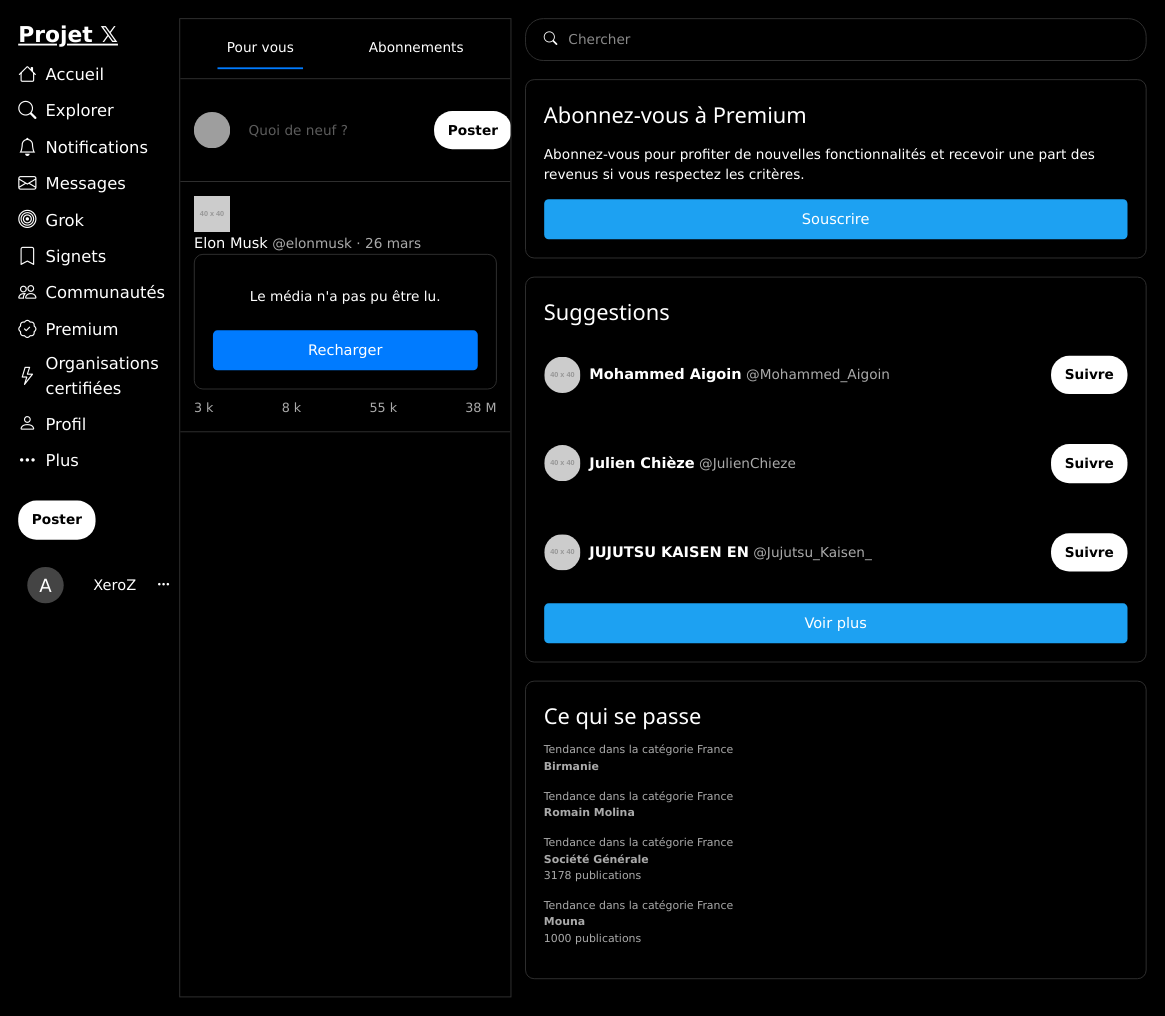
Repository: barriefl/ProjetX_BARRIER_MAULINE_MARQUES-FELIX_SERVONNET
Page: web/front/main.html
An editor plug-in stored every save of this project. The page is shown before and after a run of saves, followed by the edit.
The browser window is 1280 px wide. The pictures show the whole page, at 91% of full size.
Pictures or frames that could not be fetched are drawn as grey boxes.

Above is the page before, as saved 2025-03-31 09:58:16.

### web/front/main.html
<!DOCTYPE html>
<html lang="fr">
  <head>
    <meta charset="UTF-8" />
    <meta name="viewport" content="width=device-width, initial-scale=1.0" />
    <title>Projet &Xopf;</title>
    <link rel="icon" type="image/x-icon" href="image/twitter-x.svg" />
    <link rel="stylesheet" href="style/main.css" />
    <link rel="stylesheet" href="https://www.w3schools.com/w3css/5/w3.css" />
    <link
      rel="stylesheet"
      href="https://cdn.jsdelivr.net/npm/bootstrap-icons@1.5.0/font/bootstrap-icons.css"
    />
  </head>
  <body>
    <div class="left-sidebar">
      <div class="logo"><a href="/front/main.html">Projet &Xopf;</a></div>
      <ul class="menu">
        <li>
          <a href="/front/main.html"
            ><span class="icon"><i class="bi bi-house"></i></span> Accueil</a
          >
        </li>
        <li>
          <a href=""
            ><span class="icon"><i class="bi bi-search"></i></span>Explorer</a
          >
        </li>
        <li>
          <a href="#"
            ><span class="icon"><i class="bi bi-bell"></i></span>
            Notifications</a
          >
        </li>
        <li>
          <a href="#"
            ><span class="icon"><i class="bi bi-envelope"></i></span>Messages</a
          >
        </li>
        <li>
          <a href="#"
            ><span class="icon"><i class="bi bi-bullseye"></i></span> Grok</a
          >
        </li>
        <li>
          <a href="#"
            ><span class="icon"><i class="bi bi-bookmark"></i></span> Signets</a
          >
        </li>
        <li>
          <a href="#"
            ><span class="icon"><i class="bi bi-people"></i></span>
            Communautés</a
          >
        </li>
        <li>
          <a href="#"
            ><span class="icon"><i class="bi bi-patch-check"></i></span>
            Premium</a
          >
        </li>
        <li>
          <a href="#"
            ><span class="icon"><i class="bi bi-lightning"></i></span>
            Organisations certifiées</a
          >
        </li>
        <li>
          <a href="#"
            ><span class="icon"><i class="bi bi-person"></i></span> Profil</a
          >
        </li>
        <li>
          <a href="#"
            ><span class="icon"><i class="bi bi-three-dots"></i></span>Plus</a
          >
        </li>
      </ul>
      <button class="post-button">Poster</button>
      <div class="user-info">
        <span class="avatar">A</span>
        <span class="username">XeroZ</span>
        <span class="more-info"><i class="bi bi-three-dots"></i></span>
      </div>
    </div>
    <div class="container container-border">
      <!--  s -->
      <div class="tab-menu">
        <a href="#" class="active">Pour vous</a>
        <a href="#">Abonnements</a>
      </div>

      <!-- Header -->
      <div class="header">
        <img src="empty.png" alt="empty.png" />
        <input type="text" placeholder="Quoi de neuf ?" />
        <button class="post-button">Poster</button>
      </div>

      <!-- Post -->
      <div class="post">
        <div class="tweet-user-info">
          <img src="https://via.placeholder.com/40" alt="User Avatar" />
          <div>
            <span class="username">Elon Musk</span>
            <span style="color: #aaa">@elonmusk · 26 mars</span>
          </div>
        </div>
        <div class="content">
          <p>Le média n'a pas pu être lu.</p>
          <button class="button-blue">Recharger</button>
        </div>
        <div class="actions">
          <span>3 k</span>
          <span>8 k</span>
          <span>55 k</span>
          <span>38 M</span>
        </div>
      </div>
    </div>
    <div class="right-sidebar">
      <!-- Barre de recherche -->
      <div class="search-bar">
        <i class="bi bi-search"></i>
        <input type="text" placeholder="Chercher" />
      </div>

      <!-- Section Premium -->
      <div class="card">
        <h3>Abonnez-vous à Premium</h3>
        <p>
          Abonnez-vous pour profiter de nouvelles fonctionnalités et recevoir
          une part des revenus si vous respectez les critères.
        </p>
        <button class="button-blue">Souscrire</button>
      </div>

      <!-- Suggestions -->
      <div class="card">
        <h3>Suggestions</h3>
        <div class="suggestion">
          <img src="https://via.placeholder.com/40" alt="Avatar" />
          <div class="info">
            <span class="username">Mohammed Aigoin</span>
            <span class="handle">@Mohammed_Aigoin</span>
          </div>
          <button class="follow-button">Suivre</button>
        </div>
        <div class="suggestion">
          <img src="https://via.placeholder.com/40" alt="Avatar" />
          <div class="info">
            <span class="username">Julien Chièze</span>
            <span class="handle">@JulienChieze</span>
          </div>
          <button class="follow-button">Suivre</button>
        </div>
        <div class="suggestion">
          <img src="https://via.placeholder.com/40" alt="Avatar" />
          <div class="info">
            <span class="username">JUJUTSU KAISEN EN</span>
            <span class="handle">@Jujutsu_Kaisen_</span>
          </div>
          <button class="follow-button">Suivre</button>
        </div>
        <button class="button-blue">Voir plus</button>
      </div>

      <!-- Tendances -->
      <div class="card">
        <h3>Ce qui se passe</h3>
        <ul class="trends">
          <li>
            <span>Tendance dans la catégorie France</span>
            <span class="title">Birmanie</span>
          </li>
          <li>
            <span>Tendance dans la catégorie France</span>
            <span class="title">Romain Molina</span>
          </li>
          <li>
            <span>Tendance dans la catégorie France</span>
            <span class="title">Société Générale</span>
            <span>3178 publications</span>
          </li>
          <li>
            <span>Tendance dans la catégorie France</span>
            <span class="title">Mouna</span>
            <span>1000 publications</span>
          </li>
        </ul>
      </div>
    </div>
  </body>
</html>

### web/front/style/main.css
body {
    margin: 0;
    background-color: #000;
    color: white;
    padding: 0;
    display: flex;
    justify-content: center;
    padding: 20px;
}

.sidebar {
    width: 300px;
    height: 100vh;
    display: flex;
    flex-direction: column;
    padding: 0 20px;
    /* position: fixed; */
}

.logo {
    font-size: 24px;
    font-weight: bold;
}

.sidebar a {
    text-decoration: none;
    color: white;
    padding: 10px;
    width: fit-content;
    border-radius: 15px;
    transition: all 0.3s ease-in-out;
}

.sidebar a:hover, .user-info:hover {
    background-color: #333;
    text-decoration: none;
    color: white;
}

.menu {
    list-style: none;
    padding: 0;
    margin: 0;
}

.menu li {
    margin: 10px 0;
}

.menu a {
    text-decoration: none;
    color: white;
    display: flex;
    align-items: center;
    font-size: 18px;
}

.menu .icon {
    margin-right: 10px;
    font-size: 20px;
}

.post-button, .follow-button {
    margin: 20px 0;
    padding: 10px 15px;
    border-radius: 20px;
    border:none;
    cursor: pointer;
    font-weight: bold;
    background-color: white;
}

.post-button:hover {
    background-color: #ddd;
}

.button-blue {
    width: 100%;
    padding: 10px;
    font-size: 16px;
    background-color: #1da1f2;
    color: white;
    border: none;
    border-radius: 5px;
    cursor: pointer;
}

.button-blue:hover {
    background-color: #0d8ce0;
}

.user-info {
    display: flex;
    justify-content: space-between;
    align-items: center;
    padding: 10px;
    border-radius: 15px;
    cursor: pointer;
    transition: all;
}

.avatar {
    background-color: #444;
    width: 40px;
    height: 40px;
    display: flex;
    align-items: center;
    justify-content: center;
    border-radius: 50%;
    font-size: 20px;
    margin-right: 10px;
}

.username {
    font-size: 16px;
}

.container {
    width: 500px;
    overflow: hidden;
    margin-right: 15px;
}

.container-border {
    border: 1px solid #333;
}

.header {
    display: flex;
    align-items: center;
    padding: 15px;
    border-bottom: 1px solid #333;
}

.header img {
    width: 40px;
    height: 40px;
    border-radius: 50%;
    margin-right: 10px;
}

.header input {
    flex: 1;
    background: transparent;
    border: none;
    outline: none;
    padding: 10px;
    color: #fff;
}

.header input::placeholder {
    color: #aaa;
}

.post {
    padding: 15px;
    border-bottom: 1px solid #333;
}

.post .user-info {
    display: flex;
    align-items: center;
    margin-bottom: 10px;
}

.post .user-info img {
    width: 40px;
    height: 40px;
    border-radius: 50%;
    margin-right: 10px;
}

.post .user-info .username {
    font-weight: bold;
}

.post .content {
    border: solid 1px #333;
    border-radius: 10px;
    padding: 20px;
    text-align: center;
}

.post .content button {
    background-color: #007bff;
    color: #fff;
    border: none;
    border-radius: 5px;
    padding: 10px 20px;
    margin-top: 10px;
    cursor: pointer;
}

.post .actions {
    display: flex;
    justify-content: space-between;
    margin-top: 10px;
    font-size: 14px;
    color: #aaa;
}

.tab-menu {
    display: flex;
    justify-content: space-around;
    padding: 10px;
    border-bottom: 1px solid #333;
}

.tab-menu a {
    color: #fff;
    text-decoration: none;
    padding: 10px;
}

.tab-menu a.active {
    border-bottom: 2px solid #007bff;
}

 .search-bar {
     display: flex;
     padding: 10px 20px;
     margin-bottom: 20px;
     border-radius: 20px;
     border: 1px solid #333;
 }

 .search-bar input {
     flex: 1;
     background: transparent;
     border: none;
     outline: none;
     color: #ffffff;
 }

 .search-bar i {
     margin-right: 10px;
 }

 .card {
    border: 1px solid #333;
     border-radius: 10px;
     padding: 20px;
     margin-bottom: 20px;
 }

 .card h3 {
     margin-top: 0;
 }

 .card .button {
     display: inline-block;
     background-color: #007bff;
     color: #ffffff;
     text-decoration: none;
     padding: 10px 20px;
     border-radius: 20px;
     margin-top: 10px;
     text-align: center;
 }

 .suggestion {
     display: flex;
     align-items: center;
     margin-bottom: 15px;
 }

 .suggestion img {
     width: 40px;
     height: 40px;
     border-radius: 50%;
     margin-right: 10px;
 }

 .suggestion .info {
     flex: 1;
 }

 .suggestion .info .username {
     font-weight: bold;
 }

 .suggestion .info .handle {
     color: #aaa;
 }

 .trends {
     list-style: none;
     padding: 0;
     margin: 0;
 }

 .trends li {
     margin-bottom: 15px;
 }

 .trends li span {
     display: block;
     color: #aaa;
     font-size: 12px;
 }

 .trends li .title {
     font-weight: bold;
 }

After the next 2 saves:
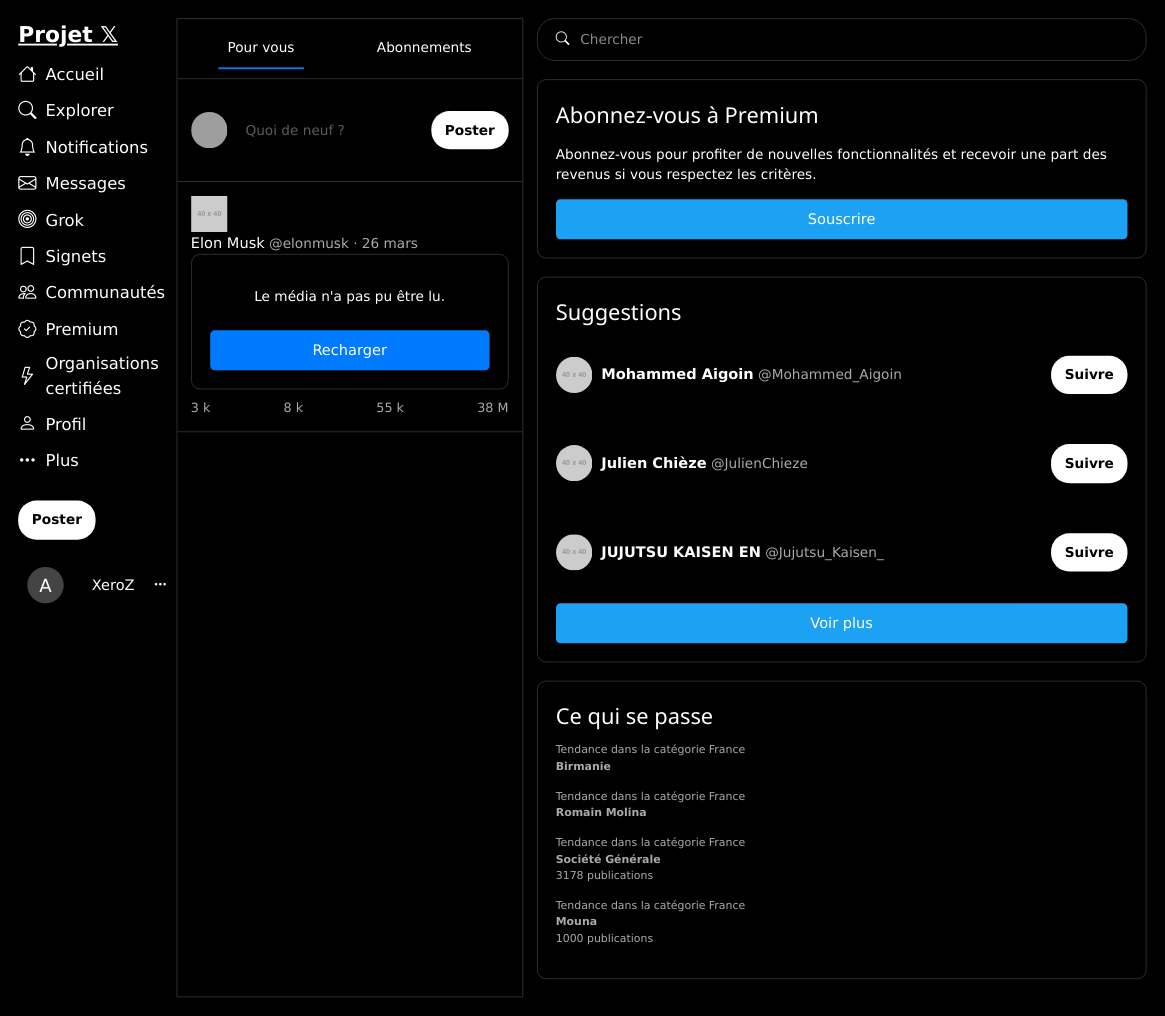
The 2 saves are shown as one change because they came seconds apart.
The last was saved 17 s later.
--- a/web/front/style/main.css
+++ b/web/front/style/main.css
@@ -117,7 +117,7 @@
 
 .container {
     width: 500px;
-    overflow: hidden;
+    overflow-: ;
     margin-right: 15px;
 }
 

After the save that followed:
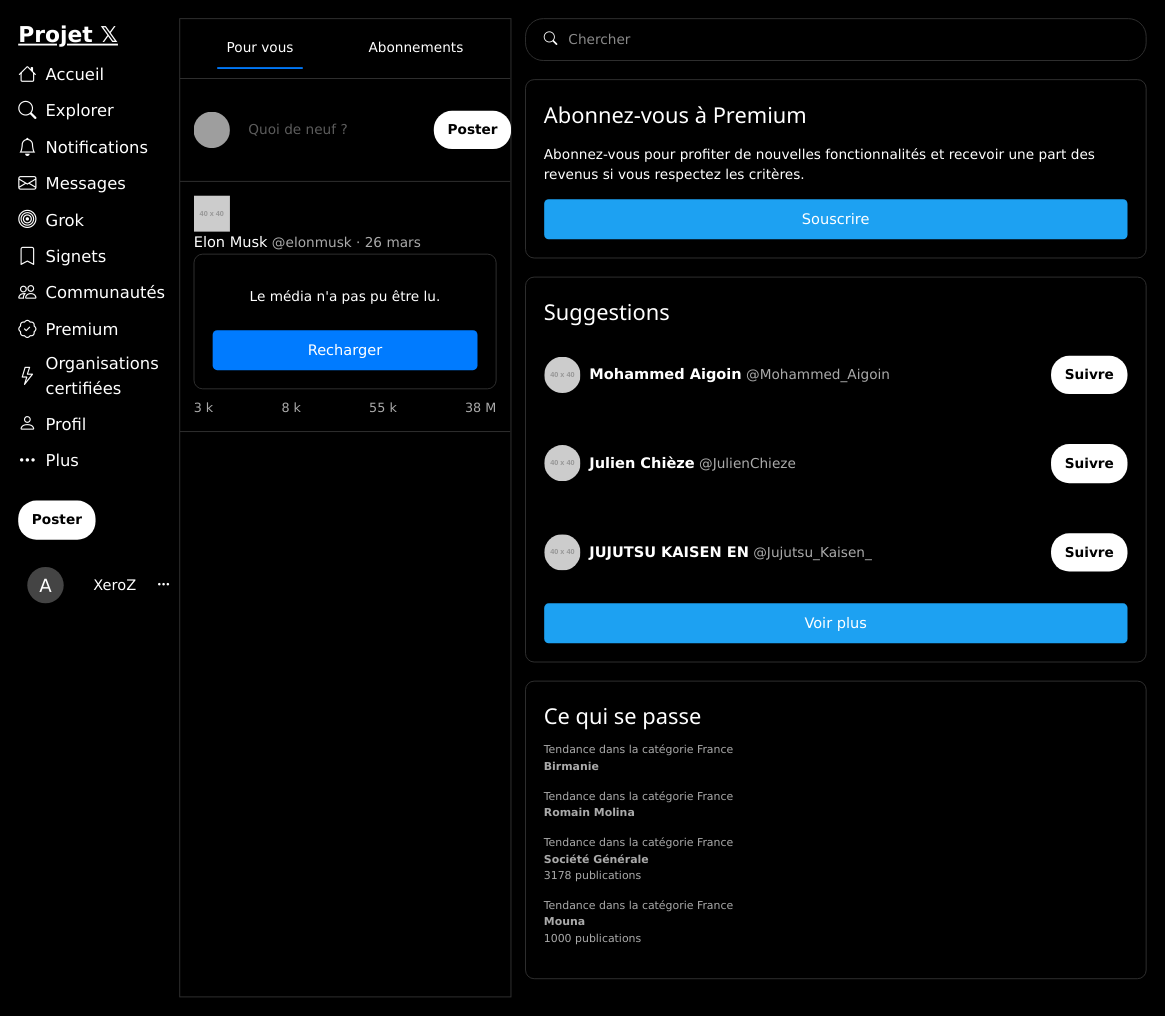
Saved 5 s later.
--- a/web/front/style/main.css
+++ b/web/front/style/main.css
@@ -117,7 +117,7 @@
 
 .container {
     width: 500px;
-    overflow-: ;
+    overflow-y: auto ;
     margin-right: 15px;
 }
 
